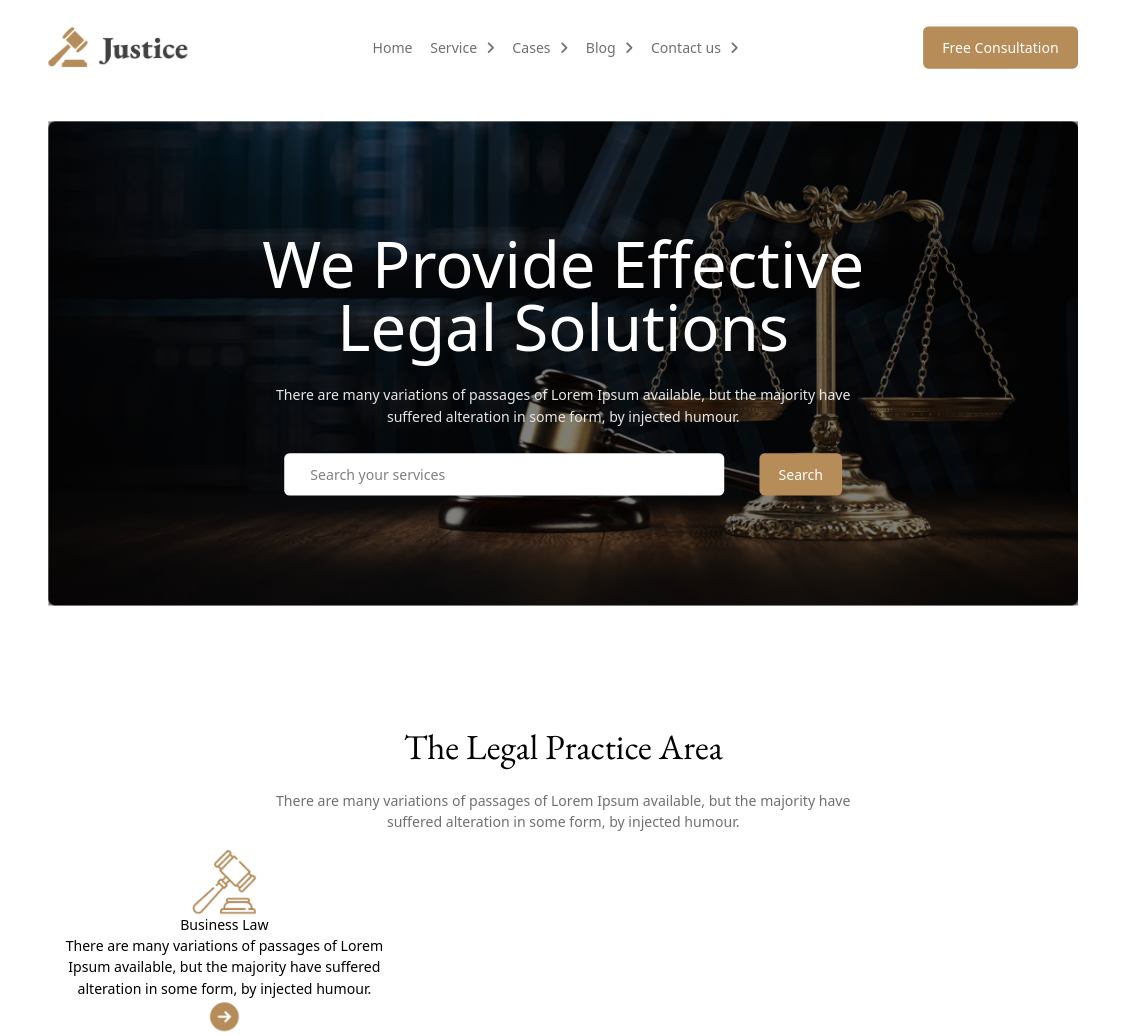
Repository: nahid-hasann/website-6
Page: index.html
The author's editor kept a copy of each file at every save. The page is drawn from the files as they stood at one save, then again after a run of saves.
The browser window is 1280 px wide. The pictures show the whole page, at 88% of full size.

Above is the page before, as saved 2025-07-20 23:46:26.

After the next 6 saves:
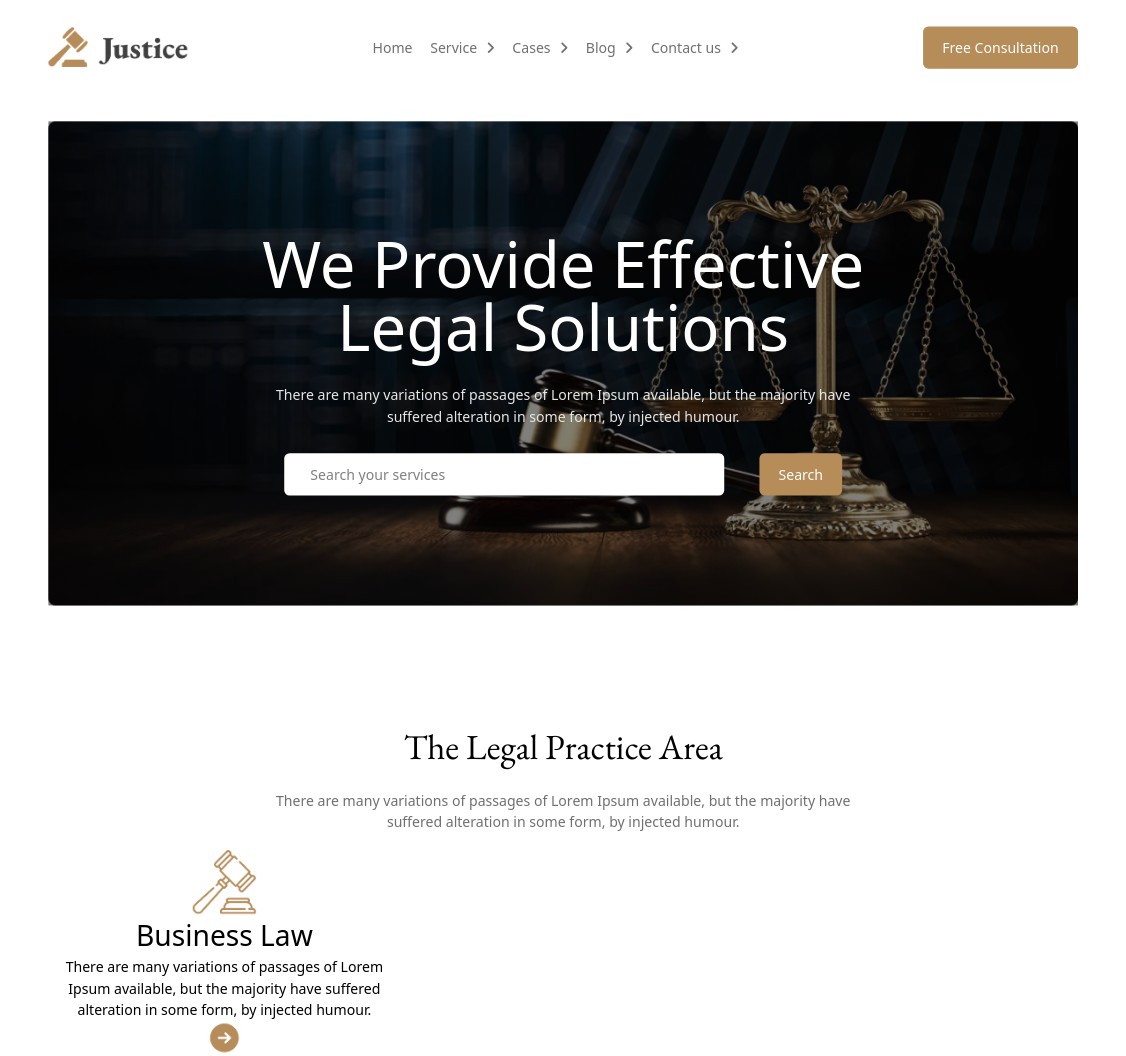
The 6 saves are shown as one change because they came seconds apart.
The last was saved 19 s later.
--- a/index.html
+++ b/index.html
@@ -56,7 +56,7 @@
         <div class="card-div">
             <div class="card w-[400px] flex flex-col items-center justify-center text-center">
                   <img src="images/business.png" alt="">
-                  <h1 class="">Business Law</h1>
+                  <h1 class="text-[32px]">Business Law</h1>
                   <p>There are many variations of passages of Lorem Ipsum available, but the majority have suffered alteration in some form, by injected humour.</p>
                   <img src="images/Frame.png" alt="">
             </div>
